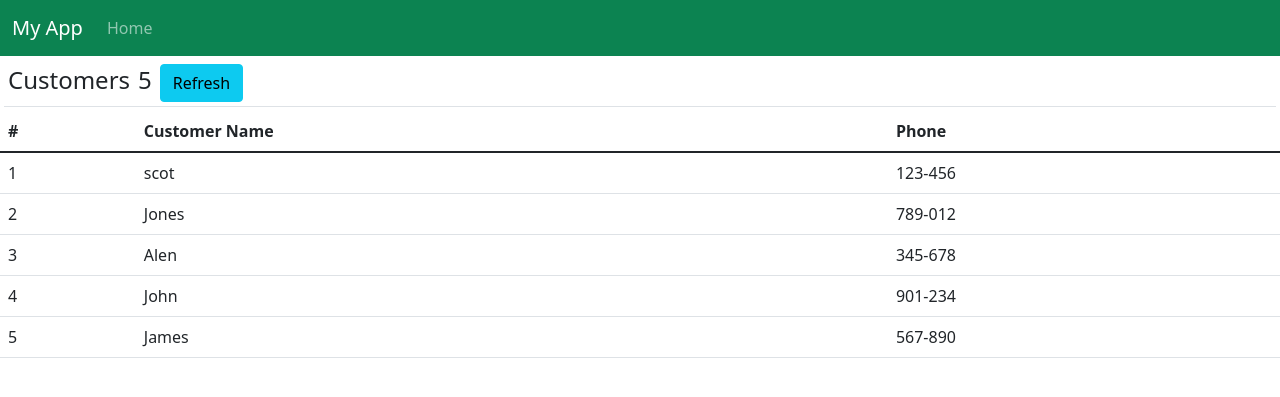
Repository: smit1298/e-commerce
Page: /
The author's editor kept a copy of each file at every save. The page is drawn from the files as they stood at one save, then again after the next save.
The browser window is 1280 px wide. The pictures show the whole page.
The project was rebuilt for these pictures with package versions that can differ from the ones it lists, and the page was loaded fresh each time.

Above is the page before, as saved 2022-05-10 17:14:56.

After the next save:
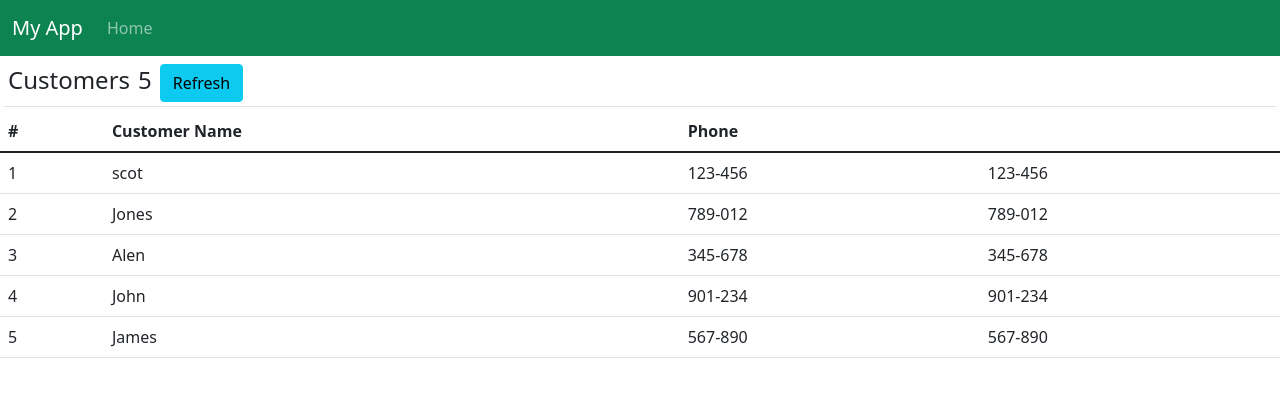
Saved 18 s later.
--- a/src/MainContent.jsx
+++ b/src/MainContent.jsx
@@ -38,6 +38,7 @@ export default class MainContent extends Component {
                   <td>{cust.id}</td>
                   <td>{cust.name}</td>
                   <td>{cust.phone}</td>
+                  <td>{cust.phone}</td>
                 </tr>
               );
             })}
